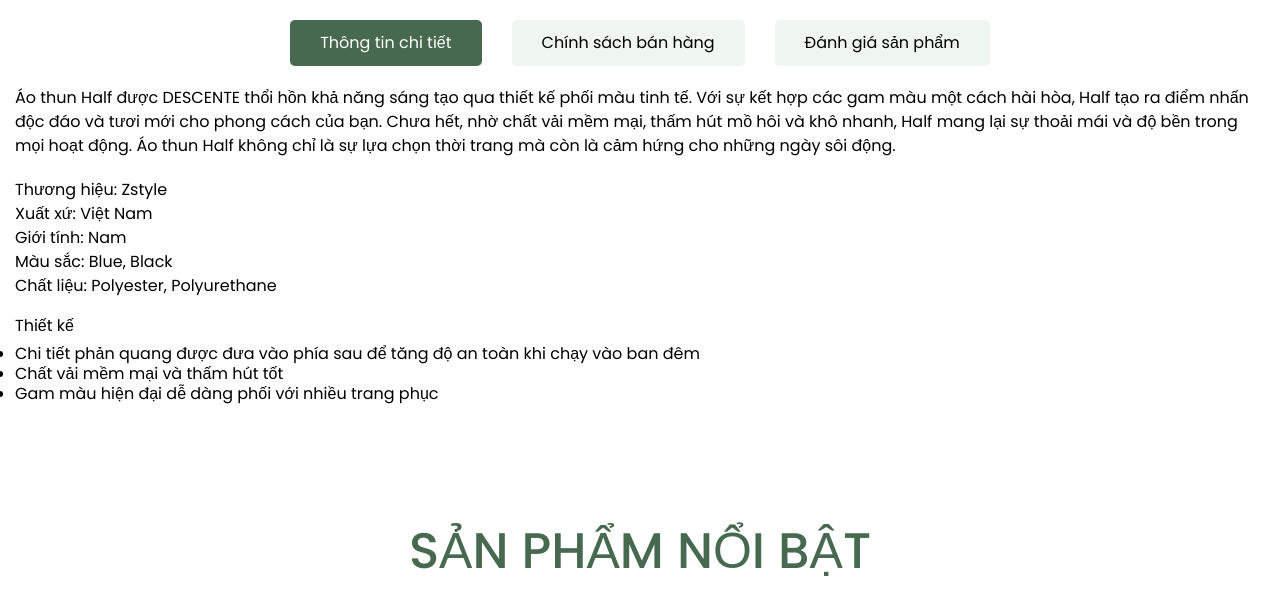
Repository: Toan3333/duanmau
Page: assets/pages/chitietsanpham.html
The author's editor kept a copy of each file at every save. The page is drawn from the files as they stood at one save, then again after the next save.
The browser window is 1280 px wide. The pictures show the part of the page from y = 721 to 1312 px (the page is 2352 px tall).
A picture or video elsewhere on the page could not be fetched, so the positions and the page height are approximate. Some web libraries are served in a nearby version.

Above is the page before, as saved 2023-11-03 10:19:28.

### assets/pages/chitietsanpham.html
<!DOCTYPE html>
<html lang="en">
  <head>
    <meta charset="UTF-8" />
    <meta name="viewport" content="width=device-width, initial-scale=1.0" />
    <title>Chi tiết sản phẩm</title>
    <link
      rel="stylesheet"
      type="text/css"
      href="https://cdn.jsdelivr.net/npm/slick-carousel@1.8.1/slick/slick.css" />
    <link rel="stylesheet" href="../css/style.css" />
    <link
      rel="stylesheet"
      href="https://cdnjs.cloudflare.com/ajax/libs/font-awesome/4.7.0/css/font-awesome.min.css"
      integrity="sha512-SfTiTlX6kk+qitfevl/7LibUOeJWlt9rbyDn92a1DqWOw9vWG2MFoays0sgObmWazO5BQPiFucnnEAjpAB+/Sw=="
      crossorigin="anonymous"
      referrerpolicy="no-referrer" />
    <link
      rel="stylesheet"
      type="text/css"
      href="https://cdn.jsdelivr.net/npm/slick-carousel@1.8.1/slick/slick.css" />

    <link
      href="https://fonts.googleapis.com/css?family=Poppins:100,100italic,200,200italic,300,300italic,regular,italic,500,500italic,600,600italic,700,700italic,800,800italic,900,900italic"
      rel="stylesheet" />
  </head>
  <body>
    <div class="app">
      <!-- Header -->
      <header class="header">
        <div class="container">
          <div class="header-main">
            <div class="header-logo">
              <a href="#">
                <img src="../images/logo.svg" alt="" />
              </a>
            </div>
            <form action="" class="header-form">
              <div class="header-input">
                <input type="text" placeholder="Tìm kiếm sản phẩm" />
                <div class="header-input-icon">
                  <i class="fa fa-search" aria-hidden="true"></i>
                </div>
              </div>
            </form>
            <div class="header-auth">
              <div class="header-auth__item">
                <i class="fa fa-heart" aria-hidden="true"></i>
                <a href="#" class="header-link">Yêu thích</a>
              </div>
              <div class="header-auth__item">
                <i class="fa fa-user-circle" aria-hidden="true"></i>
                <a href="#" class="header-link">Đăng nhập</a>
              </div>
              <div class="header-auth__item">
                <i class="fa fa-shopping-bag" aria-hidden="true"></i>
                <a href="#" class="header-link">Giỏ hàng</a>
              </div>
            </div>
          </div>
        </div>
      </header>
      <!-- Header end -->
      <section class="header-bottom">
        <div class="container">
          <div class="header-bottom__main">
            <ul class="header-menu">
              <li class="header-menu-item">
                <a href="/index.html" class="header-menu-link">Trang chủ</a>
              </li>
              <li class="header-menu-item">
                <a href="#" class="header-menu-link">Thiết kế</a>
              </li>
              <li class="header-menu-item">
                <a href="#" class="header-menu-link">Giới thiệu</a>
              </li>
              <li class="header-menu-item">
                <a href="#" class="header-menu-link">Sản phẩm</a>
              </li>
              <li class="header-menu-item">
                <a href="#" class="header-menu-link">Tin tức</a>
              </li>
              <li class="header-menu-item">
                <a href="#" class="header-menu-link">Liên hệ</a>
              </li>
              <li class="header-menu-item">
                <a href="#" class="header-menu-link">Hệ thống cửa hàng</a>
              </li>
            </ul>
          </div>
        </div>
      </section>
      <section class="detail">
        <div class="container">
          <div class="detail-main">
            <div class="detail-image">
              <img class="detail-img" src="../images/product-2.jpg" alt="" />
              <div class="detail-image__list">
                <img class="detail-image__item" src="../images/product-2.jpg" alt="" />
                <img class="detail-image__item" src="../images/product-2.jpg" alt="" />
                <img class="detail-image__item" src="../images/product-2.jpg" alt="" />
                <img class="detail-image__item" src="../images/product-2.jpg" alt="" />
              </div>
            </div>
            <div class="detail-content">
              <h3 class="detail-title">Áo Thun Regular Glorious Hour</h3>
              <div class="detail-code">Mã sản phẩm: <span>ATID0298-01</span></div>
              <div class="detail-price">1.200.000₫</div>
              <div class="detail-auth__color">
                <div class="detail-colors">Màu sắc:</div>
                <div class="detail-color">
                  <div class="detail-circle">
                    <span class="detail-color__circle item-1 active"></span>
                  </div>
                </div>
                <div class="detail-color">
                  <div class="detail-circle">
                    <span class="detail-color__circle item-1 active"></span>
                  </div>
                </div>
                <div class="detail-color">
                  <div class="detail-circle">
                    <span class="detail-color__circle item-1 active"></span>
                  </div>
                </div>
              </div>
              <div class="detail-size">Size: S</div>
              <div class="detail-size__list">
                <div class="detail-size__item active">S</div>
                <div class="detail-size__item">M</div>
                <div class="detail-size__item">L</div>
                <div class="detail-size__item">XL</div>
              </div>
              <div class="detail-auth">
                <div class="detail-text">Số lượng:</div>
                <div class="detail-input">
                  <button class="detail-input__minus">-</button>
                  <input type="text" value="1" />
                  <button class="detail-input__plus">+</button>
                </div>
                <div class="detail-inventory">Còn hàng</div>
              </div>
              <div class="detail-btn">
                <button class="detail-button">Mua ngay</button>
              </div>
              <div class="detail-btn">
                <button class="detail-button__cart">Thêm vào giỏ hàng</button>
              </div>
            </div>
          </div>
          <div class="detail-menu">
            <ul class="detail-tab">
              <li class="detail-tab__item">
                <a href="#" class="detail-tab__link active">Thông tin chi tiết</a>
              </li>
              <li class="detail-tab__item">
                <a href="#" class="detail-tab__link">Chính sách bán hàng</a>
              </li>
              <li class="detail-tab__item">
                <a href="#" class="detail-tab__link">Đánh giá sản phẩm</a>
              </li>
            </ul>
          </div>
          <div class="detail-body">
            <p class="detail-body__text">
              Áo thun Half được DESCENTE thổi hồn khả năng sáng tạo qua thiết kế phối màu tinh tế.
              Với sự kết hợp các gam màu một cách hài hòa, Half tạo ra điểm nhấn độc đáo và tươi mới
              cho phong cách của bạn. Chưa hết, nhờ chất vải mềm mại, thấm hút mồ hôi và khô nhanh,
              Half mang lại sự thoải mái và độ bền trong mọi hoạt động. Áo thun Half không chỉ là sự
              lựa chọn thời trang mà còn là cảm hứng cho những ngày sôi động.
            </p>
          </div>
          <div class="detail-brand">
            <div class="detail-brand__text">Thương hiệu: Zstyle</div>
            <div class="detail-brand__text">Xuất xứ: Việt Nam</div>
            <div class="detail-brand__text">Giới tính: Nam</div>
            <div class="detail-brand__text">Màu sắc: Blue, Black</div>
            <div class="detail-brand__text">Chất liệu: Polyester, Polyurethane</div>
          </div>
          <div class="detail-desc">
            Thiết kế
            <ul class="detail-design">
              <li class="detail-design__item">
                Chi tiết phản quang được đưa vào phía sau để tăng độ an toàn khi chạy vào ban đêm
              </li>
              <li class="detail-design__item">Chất vải mềm mại và thấm hút tốt</li>
              <li class="detail-design__item">
                Gam màu hiện đại dễ dàng phối với nhiều trang phục
              </li>
            </ul>
          </div>
        </div>
      </section>
      <section class="product">
        <div class="container">
          <div class="heading-primary">SẢN PHẨM NỔI BẬT</div>
          <div class="product-list">
            <div class="product-item">
              <div class="product-images">
                <a href="#">
                  <img src="../images/product-2.jpg" alt="" />
                </a>
              </div>
              <div class="product-title">Áo Thun Regular Bear Cool</div>
              <div class="product-price">290,000đ</div>
            </div>
            <div class="product-item">
              <div class="product-images">
                <a href="#">
                  <img src="../images/product-2.jpg" alt="" />
                </a>
              </div>
              <div class="product-title">Áo Thun Regular Bear Cool</div>
              <div class="product-price">290,000đ</div>
            </div>
            <div class="product-item">
              <div class="product-images">
                <a href="#">
                  <img src="../images/product-2.jpg" alt="" />
                </a>
              </div>
              <div class="product-title">Áo Thun Regular Bear Cool</div>
              <div class="product-price">290,000đ</div>
            </div>
            <div class="product-item">
              <div class="product-images">
                <a href="#">
                  <img src="../images/product-2.jpg" alt="" />
                </a>
              </div>
              <div class="product-title">Áo Thun Regular Bear Cool</div>
              <div class="product-price">290,000đ</div>
            </div>
          </div>
        </div>
        <div class="product-btn">
          <button class="button-primary">Xem tất cả</button>
        </div>
      </section>
      <footer class="footer">
        <div class="container">
          <div class="footer-box">
            <div class="footer-box__title">Nhận thông tin khuyến mãi từ chúng tôi</div>
            <form action="" class="footer-form">
              <div class="footer-form__input">
                <input class="form-control" type="text" placeholder="Nhập email của bạn " />
                <div class="footer-form__submit">
                  <button type="submit" class="footer-btn">Gửi</button>
                </div>
              </div>
            </form>
          </div>
          <div class="footer-list">
            <div class="footer-column">
              <div class="footer-logo">
                <a href="#">
                  <img src="../images/logo.svg" alt="" />
                </a>
                <div class="footer-nav">
                  <ul class="footer-menu">
                    <li class="footer-item">
                      <a href="#" class="footer-link"
                        ><i class="fa fa-map-marker" aria-hidden="true"></i>
                        Tầng 12, Nhà T, Quận 12, TPHCM
                      </a>
                    </li>
                    <li class="footer-item">
                      <a href="#" class="footer-link"
                        ><i class="fa fa-map-marker" aria-hidden="true"></i>
                        Tầng 12, Nhà T, Quận 12, TPHCM
                      </a>
                    </li>
                    <li class="footer-item">
                      <a href="#" class="footer-link"
                        ><i class="fa fa-map-marker" aria-hidden="true"></i>
                        Tầng 12, Nhà T, Quận 12, TPHCM
                      </a>
                    </li>
                    <li class="footer-item">
                      <a href="#" class="footer-link"
                        ><i class="fa fa-map-marker" aria-hidden="true"></i>
                        Tầng 12, Nhà T, Quận 12, TPHCM
                      </a>
                    </li>
                  </ul>
                </div>
              </div>
            </div>
            <div class="footer-column">
              <h4 class="footer-title">Về chúng tôi</h4>
              <ul class="footer-menus">
                <li>
                  <a href="#" class="footer-link">Trang chủ </a>
                </li>
                <li>
                  <a href="#" class="footer-link">Giới thiệu</a>
                </li>
                <li>
                  <a href="#" class="footer-link">Sản phẩm</a>
                </li>
                <li>
                  <a href="#" class="footer-link">Hệ thống cửa hàng</a>
                </li>
              </ul>
            </div>
            <div class="footer-column">
              <h4 class="footer-title">Chính sách</h4>
              <ul class="footer-menus">
                <li>
                  <a href="#" class="footer-link">Trang chủ </a>
                </li>
                <li>
                  <a href="#" class="footer-link">Giới thiệu</a>
                </li>
                <li>
                  <a href="#" class="footer-link">Sản phẩm</a>
                </li>
                <li>
                  <a href="#" class="footer-link">Hệ thống cửa hàng</a>
                </li>
              </ul>
              <div class="footer-checkout">
                <div class="footer-checkout__title">Hình thức thanh toán</div>
                <div class="footer-checkout__icon">
                  <img src="../images/napas.svg" alt="" />
                  <img src="../images/zalopay-icon.svg" alt="" />
                  <img src="../images/visa.svg" alt="" />
                </div>
              </div>
            </div>
            <div class="footer-column">
              <h4 class="footer-title">Về chúng tôi</h4>
              <ul class="footer-menus">
                <li>
                  <a href="#" class="footer-link">Trang chủ </a>
                </li>
                <li>
                  <a href="#" class="footer-link">Giới thiệu</a>
                </li>
                <li>
                  <a href="#" class="footer-link">Sản phẩm</a>
                </li>
                <li>
                  <a href="#" class="footer-link">Hệ thống cửa hàng</a>
                </li>
              </ul>
              <div class="footer-checkout">
                <div class="footer-checkout__title">Mua qua sàn TMDT</div>
                <div class="footer-checkout__icon">
                  <img class="footer-icon__image" src="../images/lazada.svg" alt="" />
                  <img class="footer-icon__image" src="../images/sendo.svg" alt="" />
                  <img class="footer-icon__image" src="../images/shopee.svg" alt="" />
                  <img class="footer-icon__image" src="../images/tiki.svg" alt="" />
                </div>
              </div>
            </div>
          </div>
        </div>
      </footer>
    </div>
    <script type="text/javascript" src="https://code.jquery.com/jquery-1.11.0.min.js"></script>
    <script
      type="text/javascript"
      src="https://code.jquery.com/jquery-migrate-1.2.1.min.js"></script>
    <script
      type="text/javascript"
      src="https://cdn.jsdelivr.net/npm/slick-carousel@1.8.1/slick/slick.min.js"></script>
    <script src="./assets/js/app.js"></script>
  </body>
</html>

Loaded but not shown: assets/js/app.js (13 lines, source omitted); assets/css/style.css (945 lines, source omitted)

After the next save:
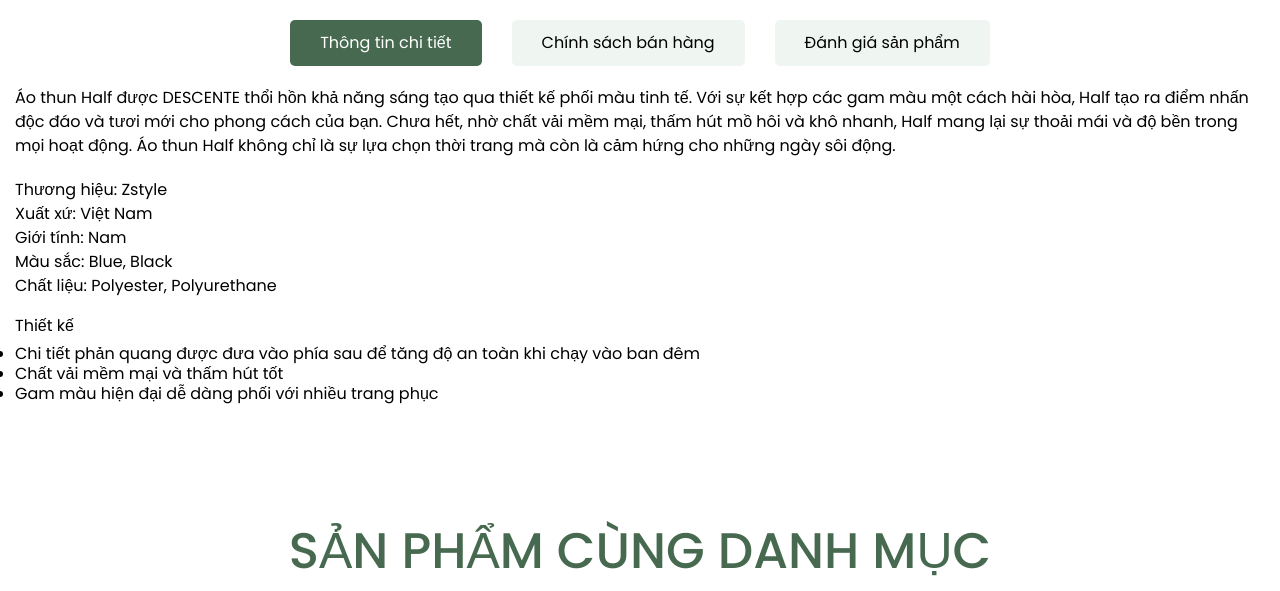
Saved 18 s later.
--- a/assets/pages/chitietsanpham.html
+++ b/assets/pages/chitietsanpham.html
@@ -193,7 +193,7 @@
       </section>
       <section class="product">
         <div class="container">
-          <div class="heading-primary">SẢN PHẨM NỔI BẬT</div>
+          <div class="heading-primary">SẢN PHẨM CÙNG DANH MỤC</div>
           <div class="product-list">
             <div class="product-item">
               <div class="product-images">
